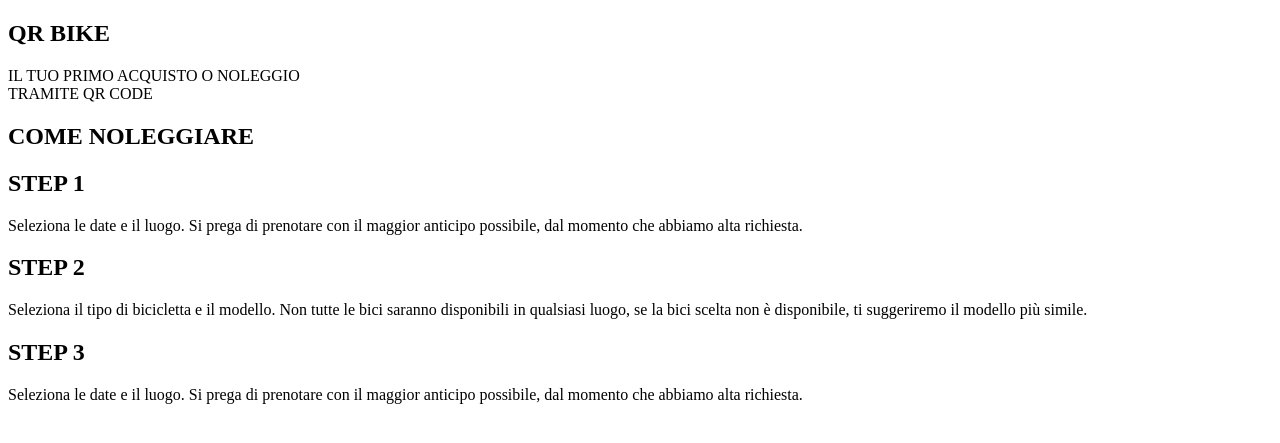
Repository: andrealepori/qrbike
Page: index.html
These files come from the project's save history. The page is drawn as it stood at one moment and after the next save; the edit follows.
The browser window is 1280 px wide. The pictures show the whole page.
Some web fonts or font styles are not loaded; a fallback is used.

Above is the page before, as saved 2020-09-18 09:28:32.

After the next save:
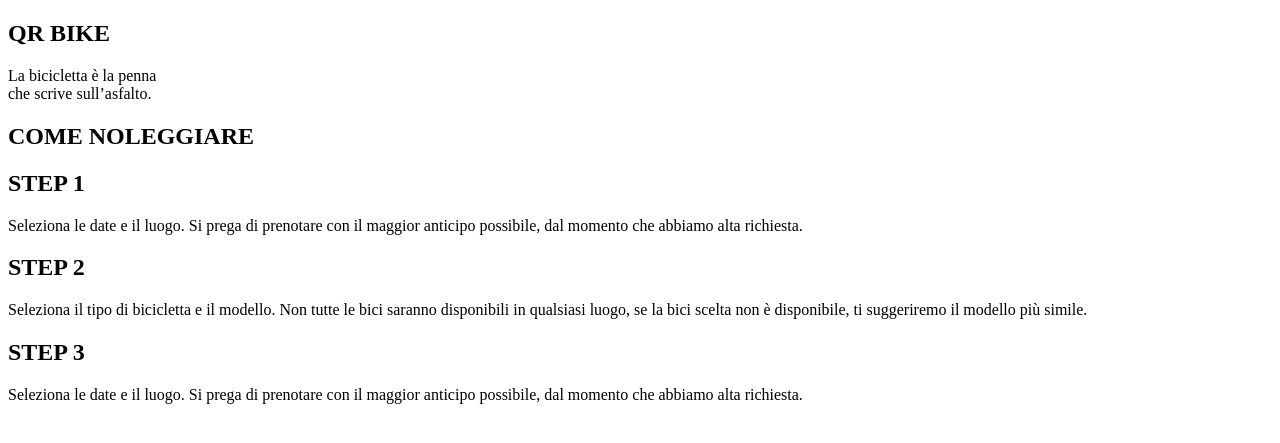
Saved 3 days later.
--- a/index.html
+++ b/index.html
@@ -22,7 +22,8 @@
     <div class="inner">
 
       <h1 class="yellowtitle"> QR BIKE</h1>
-      <p class="subtitle">IL TUO PRIMO ACQUISTO O NOLEGGIO <br> TRAMITE QR CODE</p>
+      <p class="subtitle">La bicicletta è la penna<br>
+        che scrive sull’asfalto.
       </div>
 
   </section>
